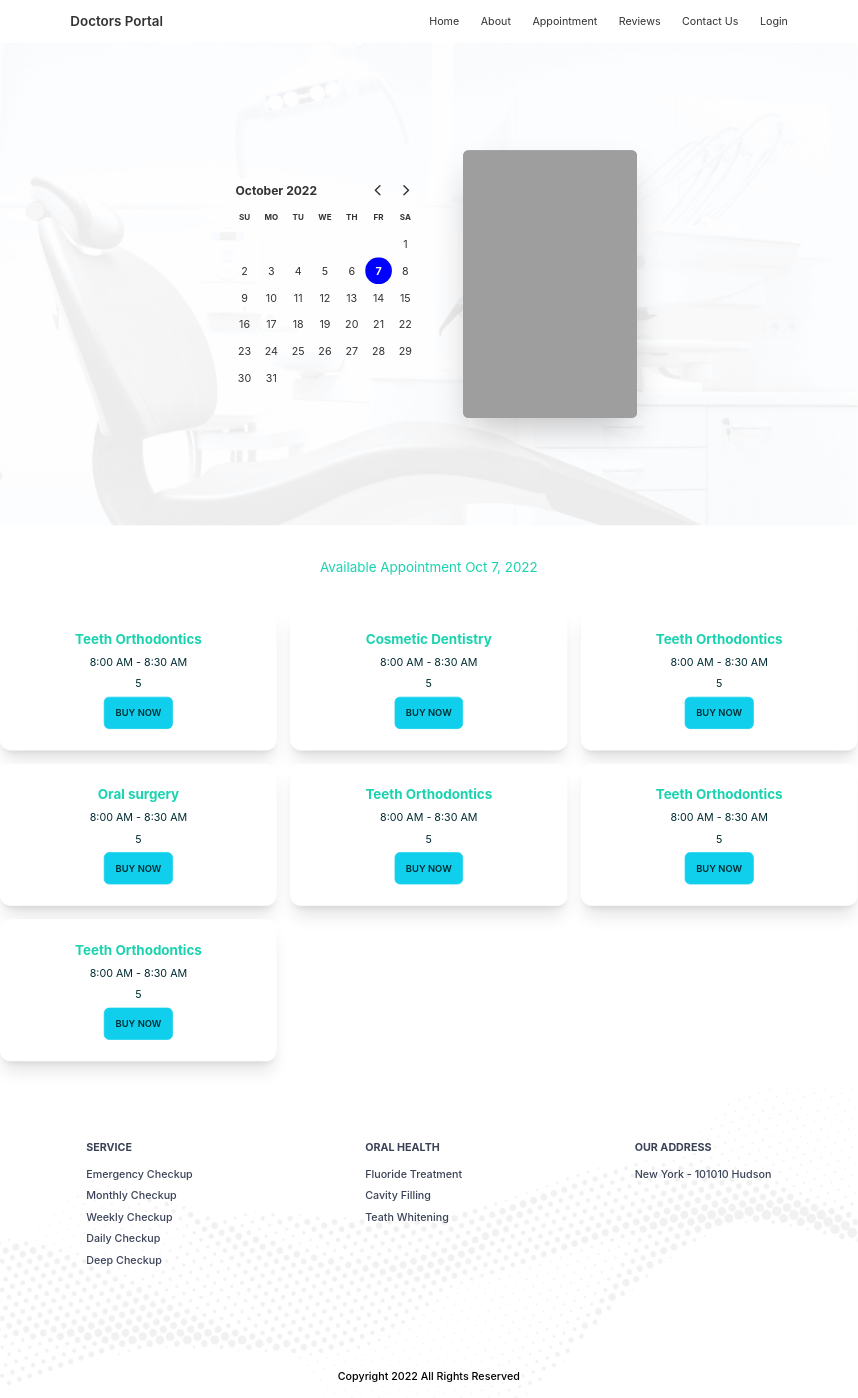
Repository: shikubro90/doctorsportal
Page: /appointment
These files come from the project's save history. The page is drawn as it stood at one moment and after a run of saves; the edit follows.
The browser window is 1280 px wide. The pictures show the whole page, at 67% of full size.
Pictures or frames that could not be fetched are drawn as grey boxes. The project was rebuilt for these pictures with package versions that can differ from the ones it lists, and the page was loaded fresh each time. Also part of the build but not shown: src/App.css, src/Pages/About/About.jsx, src/Shared/ButtonPrimary.jsx, src/Pages/Home/AppointmentCard.jsx, src/Pages/Home/AppointmentSection.jsx, src/Pages/Home/Banner.jsx, src/Pages/Home/MiniCard.jsx, src/Pages/Home/BasicInfo.jsx and 6 more.

Above is the page before, as saved 2022-10-07 14:09:13.

After the next 18 saves:
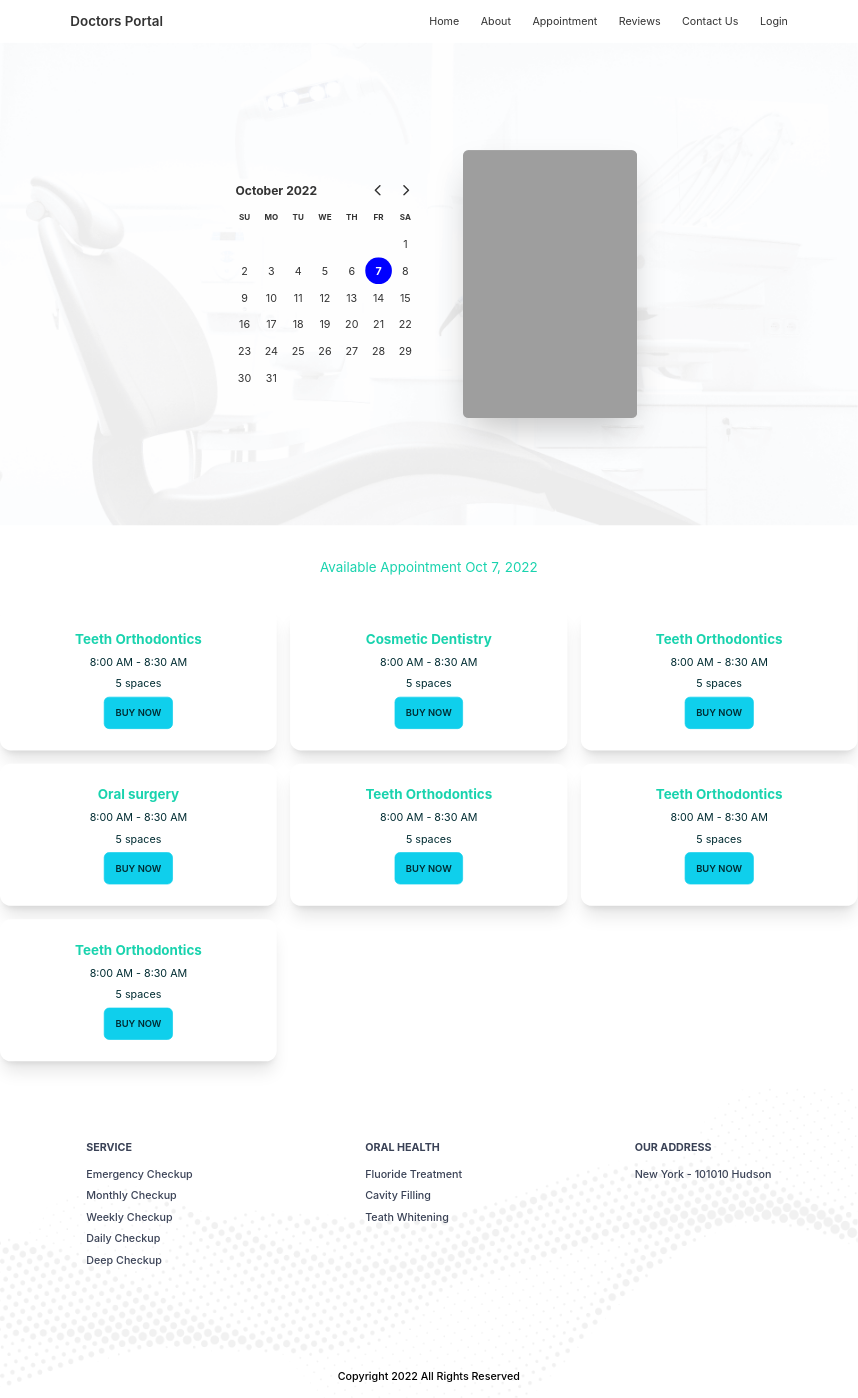
The 18 saves are shown as one change because 1 did not build or start and some came seconds apart.
The last was saved 39 s later.
--- a/src/Pages/Appointment/Services.jsx
+++ b/src/Pages/Appointment/Services.jsx
@@ -15,7 +15,7 @@ const Services = ({ services }) => {
           )}
         </p>
         <p>
-            {slots.length}
+            {slots.length} {slots.length>1 ? "spaces" : "space"}
         </p>
         <div className="card-actions justify-end">
           <button className="btn btn-primary">Buy Now</button>
